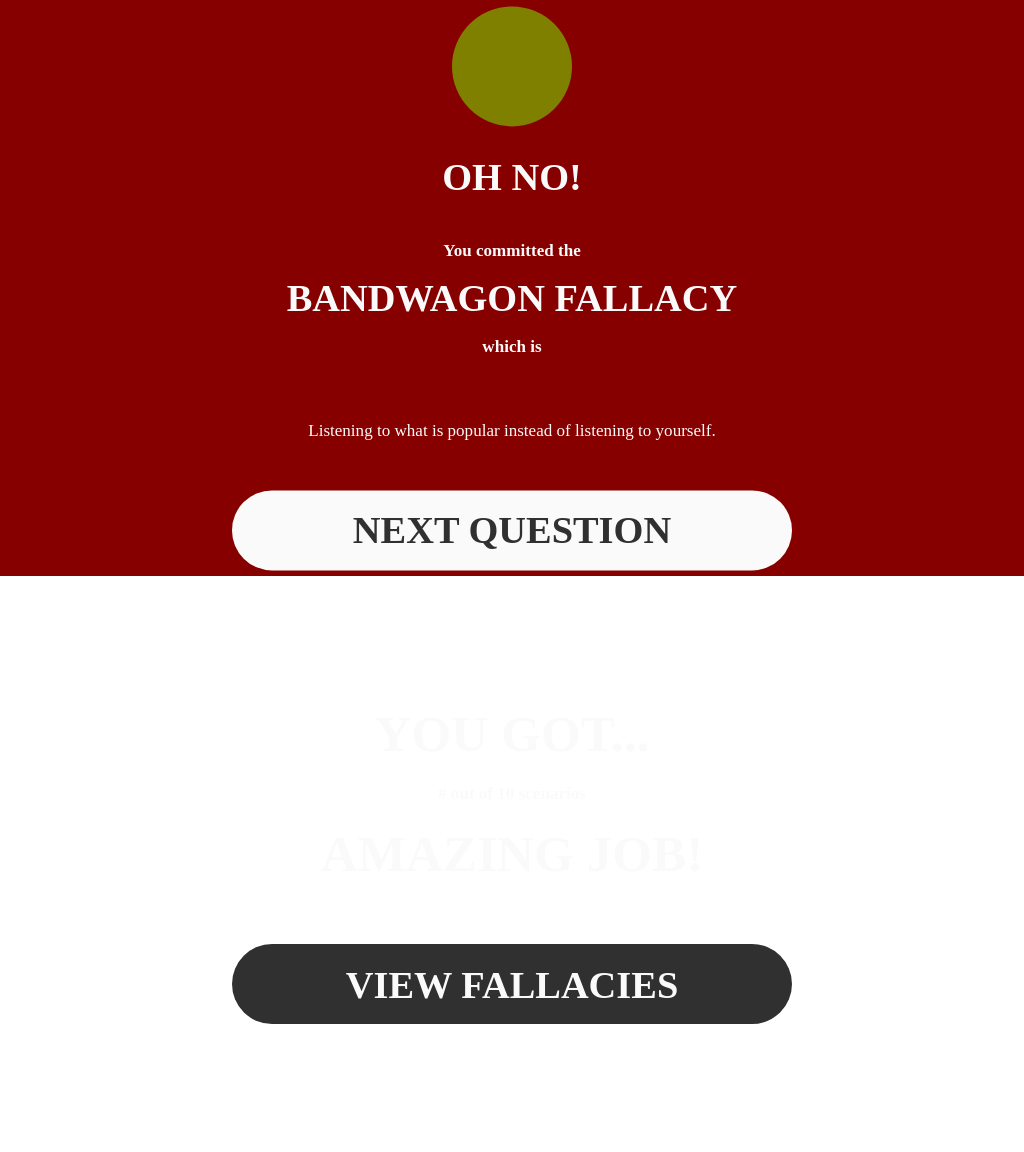
Repository: cindyvunguyen/fallacy
Page: index.html
The author's editor kept a copy of each file at every save. The page is drawn from the files as they stood at one save, then again after the next save.
The browser window is 1280 px wide. The pictures show the whole page, at 80% of full size.
Some web fonts or font styles are not loaded; a fallback is used.

Above is the page before, as saved 2020-03-12 17:21:31.

After the next save:
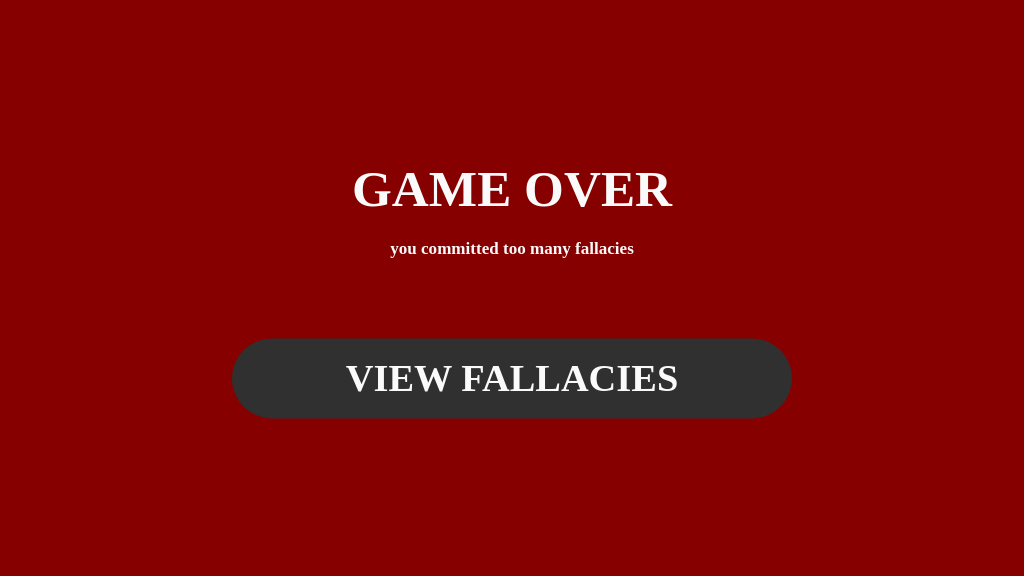
Saved 41 s later.
--- a/style.css
+++ b/style.css
@@ -130,8 +130,8 @@ body {
 #incorrect-page {
     width: 100vw;
     height: 100vh;
-    display: flex;
-    /* display: none; */
+    /* display: flex; */
+    display: none;
     flex-direction: column;
     align-items: center;
     justify-content: center;
@@ -178,8 +178,8 @@ body {
 #results-page {
     width: 100vw;
     height: 100vh;
-    display: flex;
-    /* display: none; */
+    /* display: flex; */
+    display: none;
     flex-direction: column;
     align-items: center;
     justify-content: center;
@@ -208,8 +208,8 @@ body {
 #game-over-page {
     width: 100vw;
     height: 100vh;
-    /* display: flex; */
-    display: none;
+    display: flex;
+    /* display: none; */
     flex-direction: column;
     align-items: center;
     justify-content: center;
